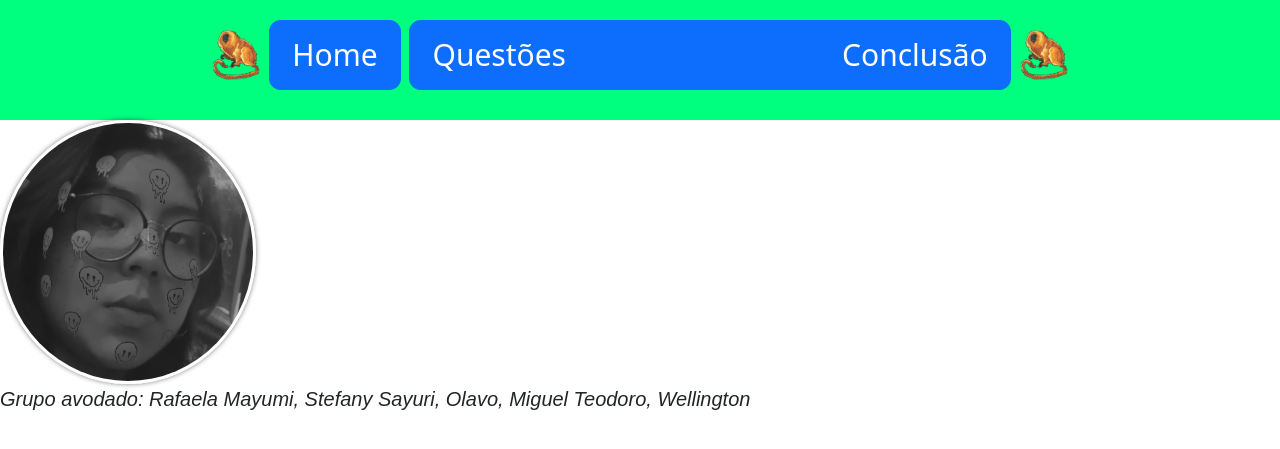
Repository: OlavoSchiavi/Site-de-biologia
Page: participantes.html
The author's editor kept a copy of each file at every save. The page is drawn from the files as they stood at one save, then again after the next save.
The browser window is 1280 px wide. The pictures show the whole page.

Above is the page before, as saved 2023-04-18 22:38:16.
Not found: JS/script.js

### participantes.html
<!DOCTYPE html>
<html lang="pt-br">
<head>
    <meta charset="UTF-8">
    <meta http-equiv="X-UA-Compatible" content="IE=edge">
    <meta name="viewport" content="width=device-width, initial-scale=1.0">
    <title>Site de biologia - Paticipantes</title>
    <link rel="stylesheet" href="CSS/style.css">
    <link href="https://cdn.jsdelivr.net/npm/bootstrap@5.3.0-alpha3/dist/css/bootstrap.min.css" rel="stylesheet" integrity="sha384-KK94CHFLLe+nY2dmCWGMq91rCGa5gtU4mk92HdvYe+M/SXH301p5ILy+dN9+nJOZ" crossorigin="anonymous">
    <link rel="icon" href="imagens/monkey.png" type="image/png">
    <link rel="stylesheet" href="JS/script.js">
    <link rel="icon" type="image/png" href="imagens/arara.png">
</head>
<body>
    <header>
        <nav class="mapa">
            <img id="logo" src="imagens/monkey.png" alt="Logo">
            <button type="button" class="btn btn-primary">
                <a href="index.html" class="button">Home</a>
            </button>
            <div class="btn-group" role="group" aria-label="Basic example">
                <button type="button" class="btn btn-primary">
                    <a href="quest.html" class="button">Questões</a>
                </button>
                <button type="button" class="btn btn-primary">
                    <a href="participantes.html">Participantes</a>
                </button>
                <button type="button" class="btn btn-primary">Conclusão</button>
              </div>
              <img id="logo" src="imagens/monkey.png" alt="Logo">
        </nav>
    </header>
    <main>
        <img src="imagens/sayuri.jpeg" alt="Foto de perfil" class="perfil">
    </main>
    <footer style="font-size: 20px; font-style: italic;">
        Grupo avodado: Rafaela Mayumi, Stefany Sayuri, Olavo, Miguel Teodoro, Wellington
    </footer>
</body>
</html>

### CSS/style.css
header{
    padding: 20px;
    height: 120px;
    background-color:springgreen;
}
.arara{
    width: 20%;
    float: right;
}
#logo{
    width: 50px;
}

body,main,footer,html{
    font-family: Arial, Helvetica, sans-serif;
    font-size: 30px;
}
.button{
    color:white;
    text-decoration: none;
}
.mapa{
    text-align: center;
}
h1,h4{
    text-align: center;
}
h6{
    font-style:oblique;
}
.checkbox {
    display: none;
}
.btn-toggle {
    margin-bottom: 0;
    cursor: pointer;
    border-radius: 3px;
}
.btn-toggle-primary {
    color: #fff;
    background-color: #4caf50;
    border-color: #4caf50;
}
.btn-toggle-primary:hover {
    color: #fff;
    background-color: #4caf50;
    border-color: #4caf50;
}
.btn-toggle-primary:focus {
    color: #fff;
    background-color: #4caf50;
    border-color: #4caf50;
    box-shadow: none;
}
.btn-toggle-primary.active {
    color: #fff;
    background-color: #2196f3;
    border-color: #2196f3;

}
.btn-toggle-primary.active:hover {
    color: #fff;
    background-color: #2196f3;
    border-color: #2196f3;
}
.checkbox:checked ~ .texto {
    display: block;
}
.texto {
    display: none;
    margin-top: 10px;
    padding: 10px;
    background-color: #f2f2f2;
}
.perfil {
    width: 20%;
    border-radius: 50%;
    border: 3px solid #fff;
    box-shadow: 0 0 5px rgba(0, 0, 0, 0.5);
  }

After the next save:
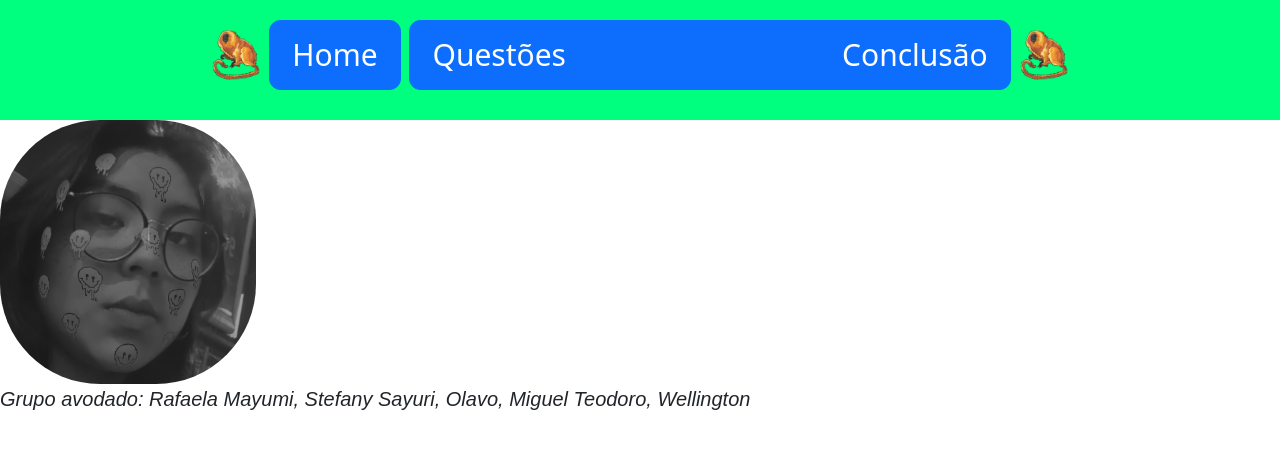
Saved 5 min 51 s later.
--- a/CSS/style.css
+++ b/CSS/style.css
@@ -74,7 +74,5 @@ h6{
 }
 .perfil {
     width: 20%;
-    border-radius: 50%;
-    border: 3px solid #fff;
-    box-shadow: 0 0 5px rgba(0, 0, 0, 0.5);
+    border-radius: 100px;
   }
